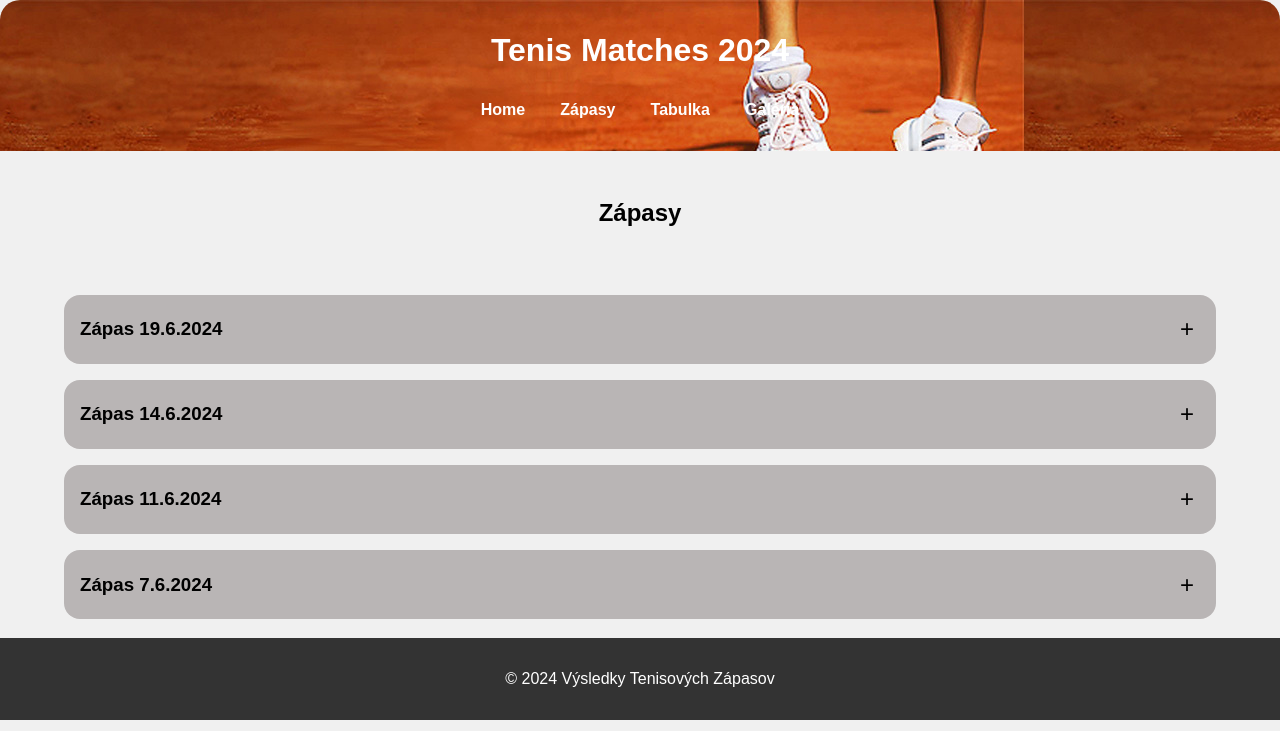
Repository: Badynko/tenis
Page: matches.html
An editor plug-in stored every save of this project. The page is shown before and after the next save, followed by the edit.
The browser window is 1280 px wide. The pictures show the whole page.

Above is the page before, as saved 2024-07-23 18:15:59.

### matches.html
<!DOCTYPE html>
<html lang="sk">
  <head>
    <meta charset="UTF-8" />
    <meta name="viewport" content="width=device-width, initial-scale=1.0" />
    <title>Tenis Matches 2024</title>
    <link rel="stylesheet" href="css/style.css" />
  </head>
  <body>
    <header>
      <h1>Tenis Matches 2024</h1>
      <nav>
        <ul class="menu">
          <li><a href="index.html">Home</a></li>
          <li><a href="matches.html">Zápasy</a></li>
          <li><a href="table.html">Tabulka</a></li>
          <li><a href="gallery.html">Galéria</a></li>
        </ul>
      </nav>
    </header>
    <main>
      <section id="zapasy">
        <h2>Zápasy</h2>

        <div class="accordion-container">
          <div class="accordion">
            <div class="accordion-header">
              <h3>Zápas 19.6.2024</h3>
              <button>+</button>
            </div>
            <div class="accordion-body">
              <div class="player">Bady</div>
              <div class="score">6 - 4, 3 - 6, 3 - 6</div>
              <div class="player">Wicta</div>
            </div>
          </div>

          <div class="accordion">
            <div class="accordion-header">
              <h3>Zápas 14.6.2024</h3>
              <button>+</button>
            </div>
            <div class="accordion-body">
              <div class="player">Bady</div>
              <div class="score">3 - 6, 3 - 6</div>
              <div class="player">Wicta</div>
            </div>
          </div>

          <div class="accordion">
            <div class="accordion-header">
              <h3>Zápas 11.6.2024</h3>
              <button>+</button>
            </div>
            <div class="accordion-body">
              <div class="player">Bady</div>
              <div class="score">6 - 2, 4 - 6, 6 - 1</div>
              <div class="player">Wicta</div>
            </div>
          </div>

          <div class="accordion">
            <div class="accordion-header">
              <h3>Zápas 7.6.2024</h3>
              <button>+</button>
            </div>
            <div class="accordion-body">
              <div class="player">Bady</div>
              <div class="score">6 - 4, 6 - 2</div>
              <div class="player">Wicta</div>
            </div>
          </div>
        </div>

        <!--<button class="match">
          Zápas 7
          <p>19.6.2024</p>
        </button>
        <div class="accordion, hidden">
          <div class="player">Bady</div>
          <div class="score">6 - 4, 4 - 6, 6 - 2</div>
          <div class="player">Wicta</div>
        </div>

        <button class="match">
          Zápas 6
          <p>16.6.2024</p>
        </button>
        <div class="accordion, hidden">
          <div class="player">Bady</div>
          <div class="score">6 - 3, 7 - 5</div>
          <div class="player">Wicta</div>
        </div>

        <button class="match">
          Zápas 5
          <p>13.6.2024</p>
        </button>
        <div class="accordion, hidden">
          <div class="player">Bady</div>
          <div class="score">6 - 3, 7 - 5</div>
          <div class="player">Wicta</div>
        </div>-->
      </section>
    </main>
    <footer>
      <p>&copy; 2024 Výsledky Tenisových Zápasov</p>
    </footer>
    <script src="js/script-matches.js"></script>
  </body>
</html>

### css/style.css
body {
  font-family: Arial, sans-serif;
  margin: 0;
  padding: 0;
  background-color: #f0f0f0;
}

header {
  background-color: #12684e;
  color: #fff;
  text-align: center;
  padding: 1rem 0;
  border-radius: 20px 20px 0 0;
  background: rgb(7, 143, 4);
  background: linear-gradient(
    180deg,
    rgba(7, 143, 4, 1) 0%,
    rgba(6, 157, 54, 1) 17%,
    rgba(255, 132, 0, 1) 100%
  );
  font-family: Century Gothic, CenturyGothic, AppleGothic, sans-serif;

  background-image: url(../img/header.jpg);
}

h1 {
  margin: 0;
  margin-top: 1rem;
}

nav {
  margin: 2rem 0;
  margin-bottom: 0;
}

.menu {
  list-style-type: none;
  padding: 0;
  display: flex;
  justify-content: center;
}

.menu li {
  margin: 0 1rem;
}

.menu a {
  color: #fff;
  text-decoration: none;
  padding: 0.5rem 0.1rem;
  border-radius: 5px;
  transition: background-color 0.3s;
  font-weight: bold;
}

.menu a:hover {
  background-color: #575757;
}

main {
  padding: 1rem;
  text-align: center;
}

section {
  margin: 2rem 0;
}

.match {
  background-color: #fff;
  padding: 1rem;
  border-radius: 5px;
  box-shadow: 0 0 10px rgba(0, 0, 0, 0.1);
  display: flex;
  justify-content: space-between;
  align-items: center;
  flex-wrap: wrap;
}

.player {
  font-size: 1.2rem;
  flex: 1 1 100%;
  text-align: center;
  margin: 0.5rem 0;
}

.score {
  font-size: 1.5rem;
  flex: 1 1 100%;
  text-align: center;
  font-weight: bold;
  color: #333;
  margin: 0.5rem 0;
}

footer {
  background-color: #333;
  color: #fff;
  text-align: center;
  padding: 1rem 0;
  position: fixed;
  left: 0;
  bottom: 0;
  width: 100%;
}

@media (min-width: 600px) {
  .match {
    flex-wrap: nowrap;
  }

  .player,
  .score {
    flex: 1;
    text-align: left;
  }

  .score {
    text-align: center;
  }
}

/* HOME SLIDER */
.slider {
  margin-top: 3rem;
  width: 100%;
  padding-bottom: 50%;
}
.slider img {
  width: 100%;
}
.wrapper {
  width: 100%;
  margin: 0;
}
@media only screen and (min-width: 1024px) {
  .wrapper {
    width: 1024px;
    margin: auto;
  }
}

/* Accordion Styles */

.accordion {
  margin-bottom: 1rem;
}

.accordion-container {
  padding: 3rem;
}

.accordion-header,
.accordion-body {
  padding: 0.3rem 1rem;
}

.accordion-header {
  display: flex;
  justify-content: space-between;
  align-items: center;
  background-color: #b9b5b5;
  border-radius: 1rem;
  cursor: pointer;
}

.accordion-header button {
  background-color: transparent;
  border: none;
  font-size: 1.5rem;
}

.accordion-header:hover {
  background-color: #716f6f;
}

.accordion-body {
  background-color: #fff;
  border-radius: 0 0 1rem 1rem;
  display: none;
}

.accordion.active .accordion-body {
  display: block;
}

### js/script-matches.js
"use strict";

const accordions = document.querySelectorAll(".accordion");
accordions.forEach((accordion) => {
  accordion.addEventListener("click", (e) => {
    let accordionBtn = accordion.querySelector("button");
    accordion.classList.toggle("active");
    if (accordionBtn.textContent === "+") {
      accordionBtn.textContent = "-";
    } else {
      accordionBtn.textContent = "+";
    }
  });
});

After the next save:
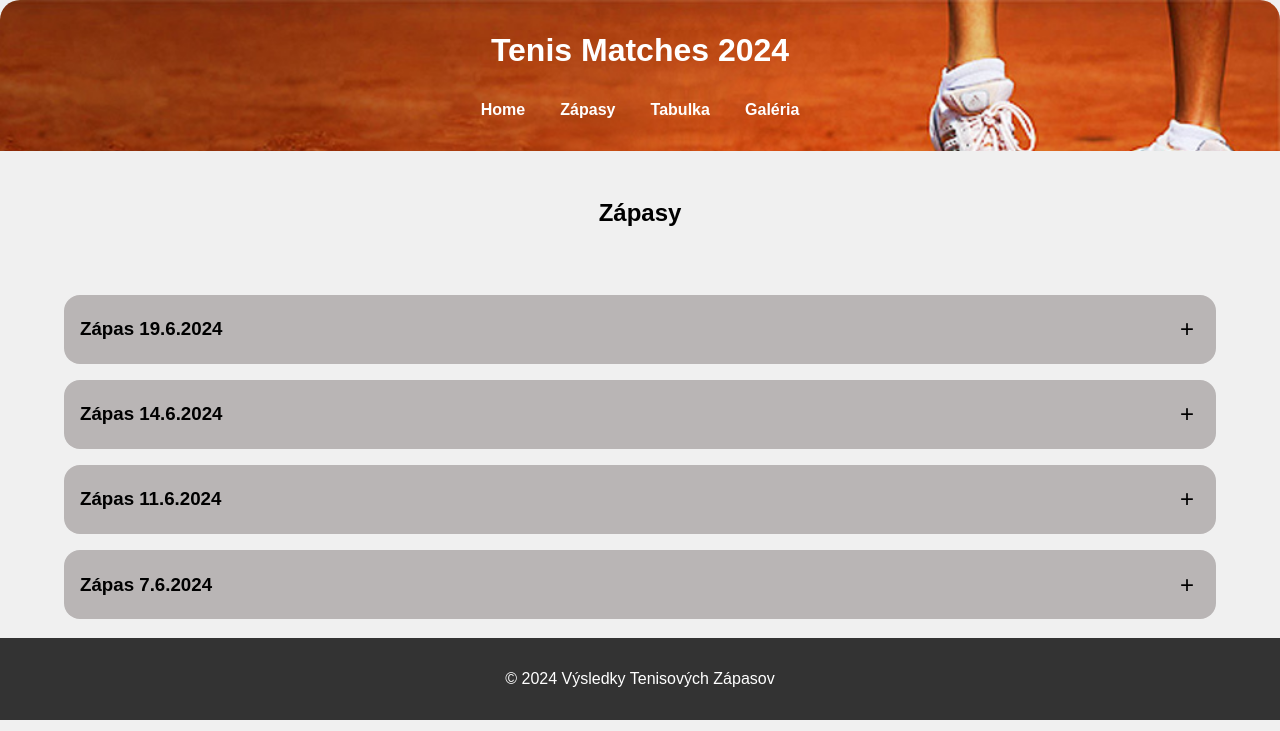
Saved 19 s later.
--- a/css/style.css
+++ b/css/style.css
@@ -21,6 +21,7 @@
   font-family: Century Gothic, CenturyGothic, AppleGothic, sans-serif;
 
   background-image: url(../img/header.jpg);
+  background-size: cover;
 }
 
 h1 {

After the save that followed:
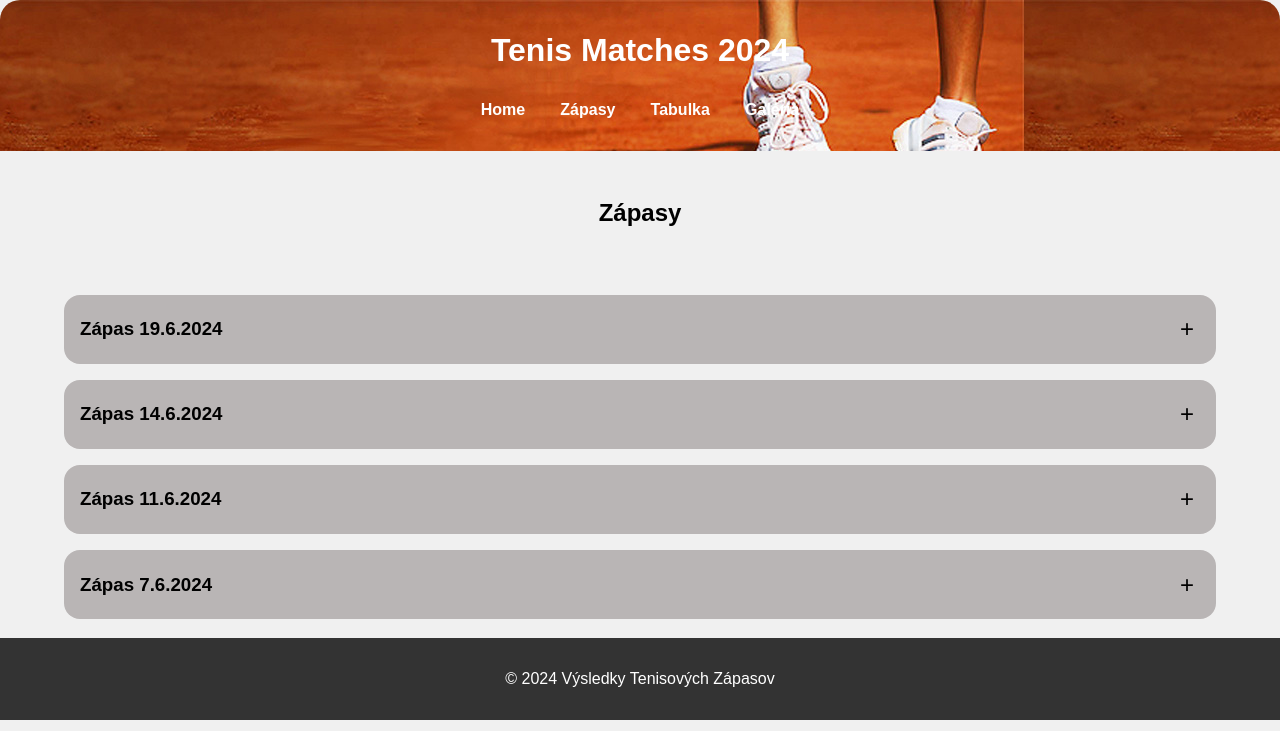
Saved 8 s later.
--- a/css/style.css
+++ b/css/style.css
@@ -21,7 +21,7 @@
   font-family: Century Gothic, CenturyGothic, AppleGothic, sans-serif;
 
   background-image: url(../img/header.jpg);
-  background-size: cover;
+  background-size: fit;
 }
 
 h1 {
